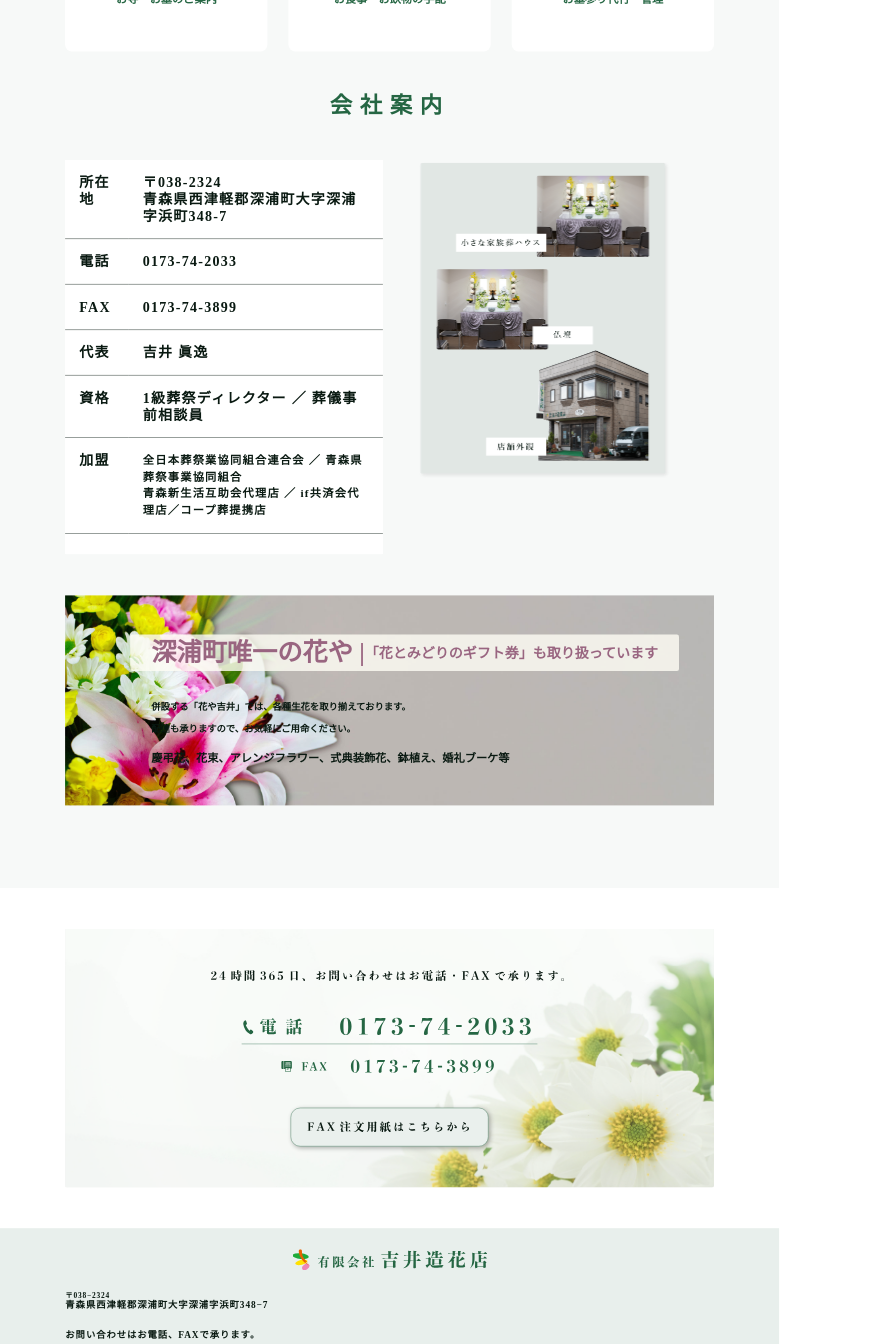
Repository: plus-agc-service-yamauchi/yoshii_scratch_ver3
Page: about.html
An editor plug-in stored every save of this project. The page is shown before and after the next save, followed by the edit.
The browser window is 1280 px wide. The pictures show the part of the page from y = 1091 to 3011 px (the page is 3752 px tall before and 3832 px after), at 70% of full size.
Pictures or frames that could not be fetched are drawn as grey boxes. Some web libraries are served in a nearby version. The style sheet was rebuilt from its Sass, Less or Tailwind sources for each picture, by a compiler version that may differ from the author's.

Above is the page before, as saved 2021-02-01 15:38:30.
Console error (its wording comes from the project's code and is left out).

After the next save:
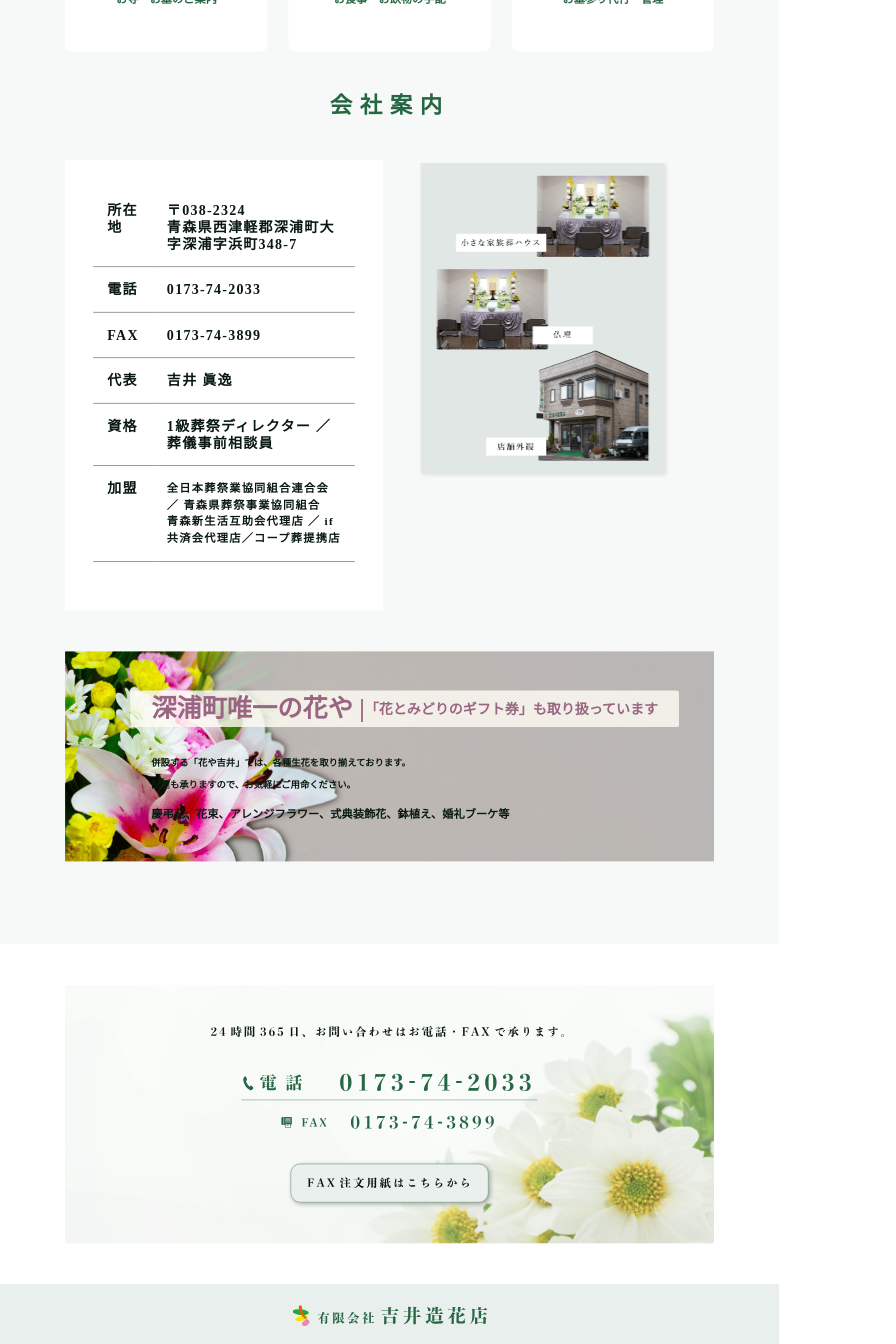
Saved 23 s later.
--- a/scss/about.scss
+++ b/scss/about.scss
@@ -233,6 +233,7 @@ td.tdr {
   }
   div.tablebg{
     background:#FFF;
+    padding:40px;
   }
   td.tdl {
     font-size: 20px;
